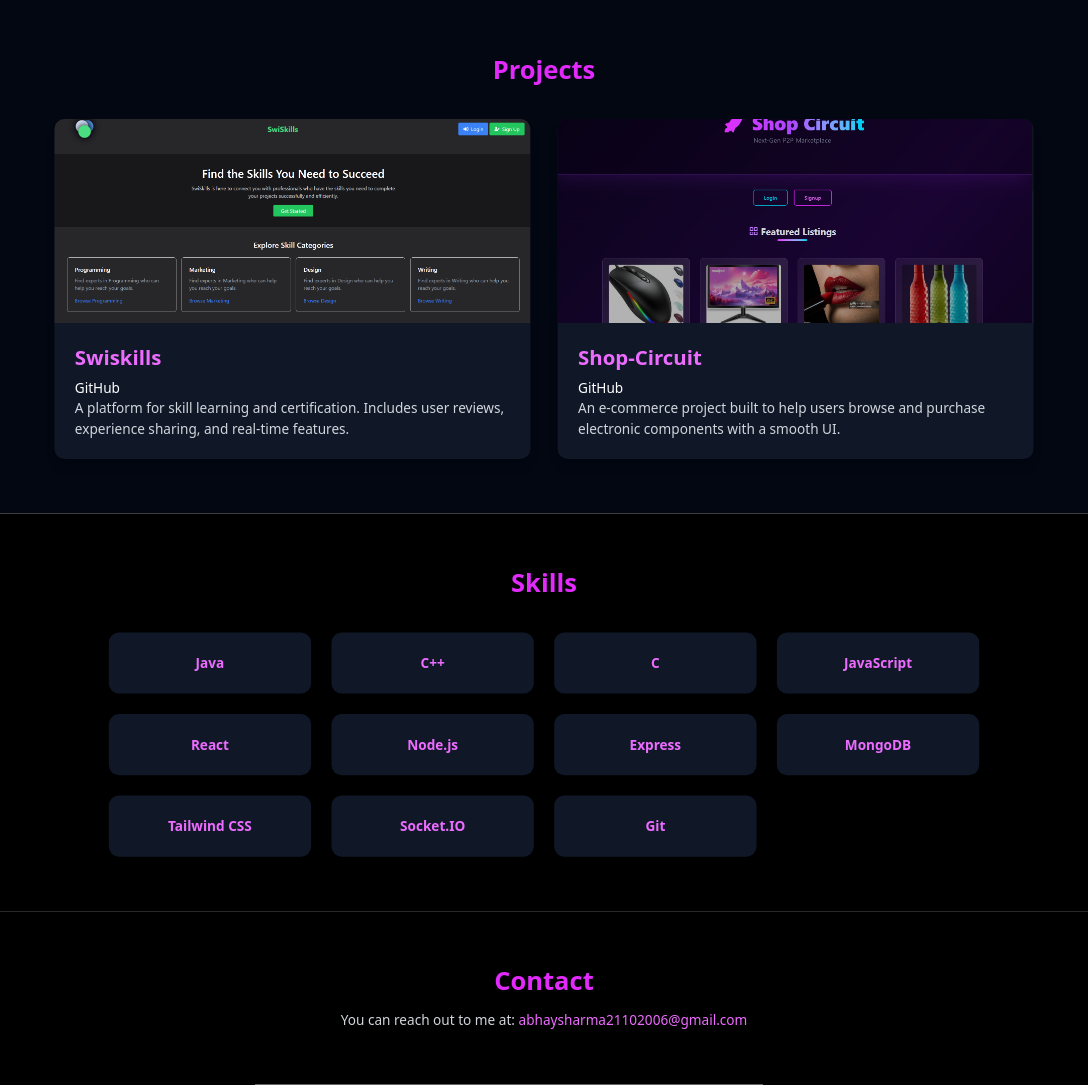
Repository: abhaysharma20233009/portfolio
Page: /
The author's editor kept a copy of each file at every save. The page is drawn from the files as they stood at one save, then again after the next save.
The browser window is 1280 px wide. The pictures show the part of the page from y = 720 to 1996 px (the page is 1996 px tall), at 85% of full size.
The project was rebuilt for these pictures with package versions that can differ from the ones it lists, and the page was loaded fresh each time. Also part of the build but not shown: vite.config.js, src/App.css. Imported but missing from the stored project, and not drawn on this page: src/assets/bg.mp4.

Above is the page before, as saved 2025-05-20 17:54:26.

### src/App.jsx
import { useState } from 'react'
import video from './assets/bg.mp4'
import swiskillsImg from './assets/swiskills.png'
import shopCircuitImg from './assets/shop-circuit.png'
import './App.css'

function App() {
  return (
    <>
      {/* Navbar */}
      <nav className="absolute top-0 left-0 w-full z-30 bg-black/50 backdrop-blur-md px-8 py-4 flex items-center justify-between text-white">
        <h1 className="text-xl font-bold text-fuchsia-400">Abhay Sharma</h1>
        <ul className="flex space-x-6 font-medium text-lg">
          <li><a href="#home" className="hover:text-fuchsia-400 transition">Home</a></li>
          <li><a href="#projects" className="hover:text-fuchsia-400 transition">Projects</a></li>
          <li><a href="#skills" className="hover:text-fuchsia-400 transition">Skills</a></li>
          <li><a href="#contact" className="hover:text-fuchsia-400 transition">Contact</a></li>
        </ul>
      </nav>

      {/* Hero Section */}
      <div id="home" className="h-screen w-full text-3xl bg-black relative overflow-hidden">
        <video
          autoPlay
          muted
          loop
          playsInline
          className="absolute top-0 left-0 w-full h-full object-cover z-0"
          src={video}
        />
        <div className="absolute top-0 left-0 w-full h-full bg-black/40 z-10"></div>

        <h1 className="absolute top-20 left-1/2 transform -translate-x-1/2 text-shadow text-fuchsia-500 font-bold italic tracking-wide leading-relaxed z-20 text-4xl">
          Welcome To My Portfolio
        </h1>

        <div className="absolute top-1/2 left-1/2 transform -translate-x-1/2 -translate-y-1/2 z-20 text-white font-bold text-4xl text-center">
          Hey, I am Abhay Sharma
        </div>
      </div>

      {/* Project Section */}
      <section id="projects" className="bg-gray-950 py-16 px-4 text-white">
        <h2 className="text-3xl font-bold text-center mb-10 text-fuchsia-500">Projects</h2>
        <div className="max-w-6xl mx-auto grid grid-cols-1 md:grid-cols-2 gap-8">
          {/* Swiskills Card */}
          <div className="bg-gray-900 rounded-xl shadow-lg overflow-hidden transition hover:scale-105 duration-300">
            <img src={swiskillsImg} alt="Swiskills" className="w-full h-60 object-cover" />
            <div className="p-6">
              <h3 className="text-2xl font-semibold text-fuchsia-400 mb-2">Swiskills</h3>
               <a href="https://github.com/abhaysharma20233009/swiskills">GitHub</a>
              <p className="text-gray-300">
                A platform for skill learning and certification. Includes user reviews, experience sharing, and real-time features.
              </p>
            </div>
          </div>

          {/* Shop-Circuit Card */}
          <div className="bg-gray-900 rounded-xl shadow-lg overflow-hidden transition hover:scale-105 duration-300">
            <img src={shopCircuitImg} alt="Shop-Circuit" className="w-full h-60 object-cover" />
            <div className="p-6">
              <h3 className="text-2xl font-semibold text-fuchsia-400 mb-2">Shop-Circuit</h3>
              <a href="https://github.com/abhaysharma20233009/Shop-Circuit">GitHub</a>
              <p className="text-gray-300">
                An e-commerce project built to help users browse and purchase electronic components with a smooth UI.
              </p>
            </div>
          </div>
        </div>
      </section>

      {/* Skills Section */}
      <section id="skills" className="bg-black py-16 px-4 text-white">
        <h2 className="text-3xl font-bold text-center mb-10 text-fuchsia-500">Skills</h2>
        <div className="max-w-5xl mx-auto grid grid-cols-2 sm:grid-cols-3 md:grid-cols-4 gap-6 text-center">
          {['Java','C++','C','JavaScript', 'React', 'Node.js', 'Express', 'MongoDB', 'Tailwind CSS', 'Socket.IO', 'Git'].map((skill, idx) => (
            <div
              key={idx}
              className="bg-gray-900 text-fuchsia-400 rounded-xl py-6 px-4 font-semibold shadow-md hover:scale-105 transition"
            >
              {skill}
            </div>
          ))}
        </div>
      </section>

      {/* Contact Section */}
      <section id="contact" className="bg-black py-16 px-4 text-white text-center">
        <h2 className="text-3xl font-bold mb-4 text-fuchsia-500">Contact</h2>
        <p className="text-gray-300">
          You can reach out to me at: <span className="text-fuchsia-400">abhaysharma21102006@gmail.com</span>
        </p>
      </section>
    </>
  )
}

export default App

Loaded but not shown: index.html (common file); src/main.jsx (common file); src/index.css (common file)

After the next save:
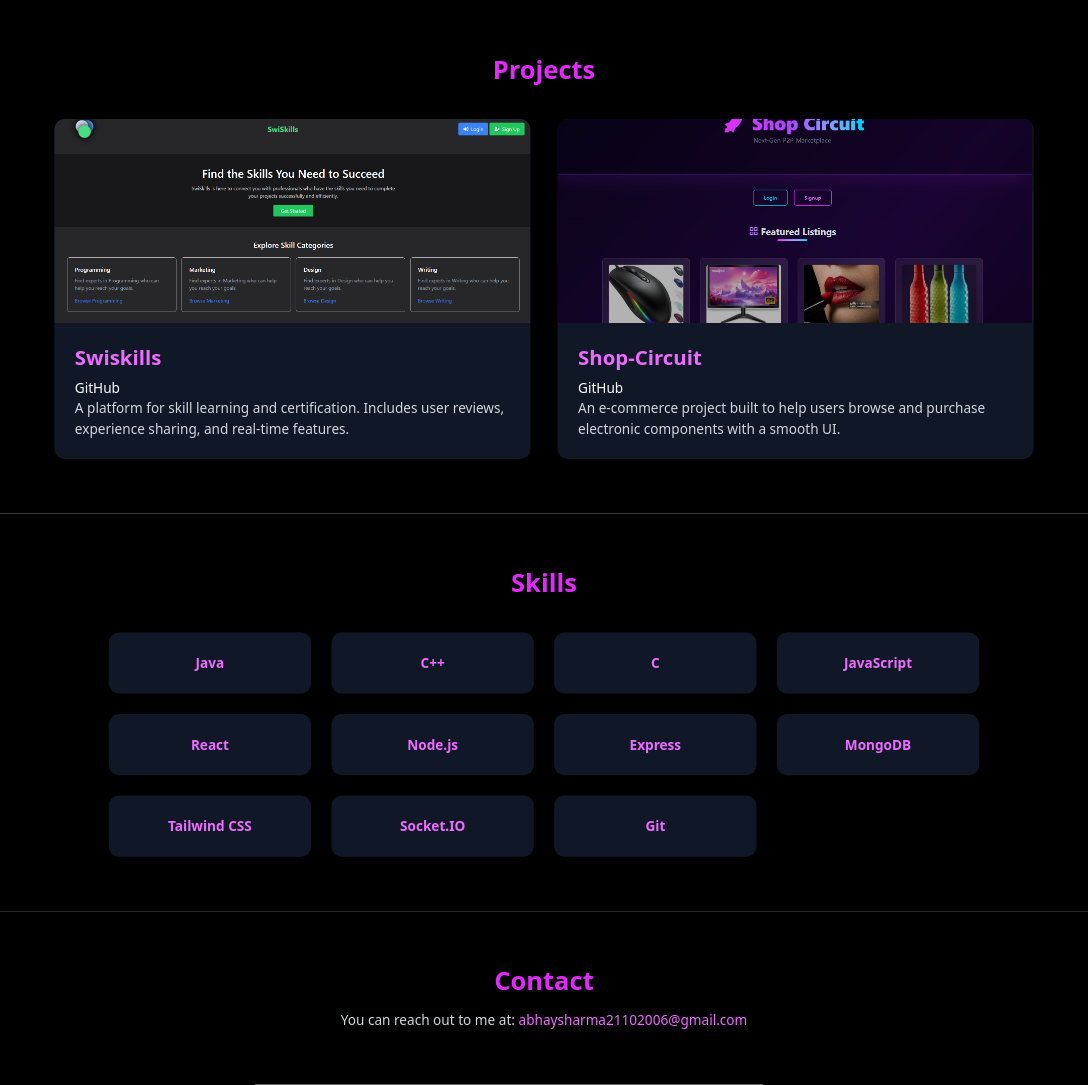
Saved 70 s later.
--- a/src/App.jsx
+++ b/src/App.jsx
@@ -40,7 +40,7 @@ function App() {
       </div>
 
       {/* Project Section */}
-      <section id="projects" className="bg-gray-950 py-16 px-4 text-white">
+      <section id="projects" className="bg-black py-16 px-4 text-white">
         <h2 className="text-3xl font-bold text-center mb-10 text-fuchsia-500">Projects</h2>
         <div className="max-w-6xl mx-auto grid grid-cols-1 md:grid-cols-2 gap-8">
           {/* Swiskills Card */}
